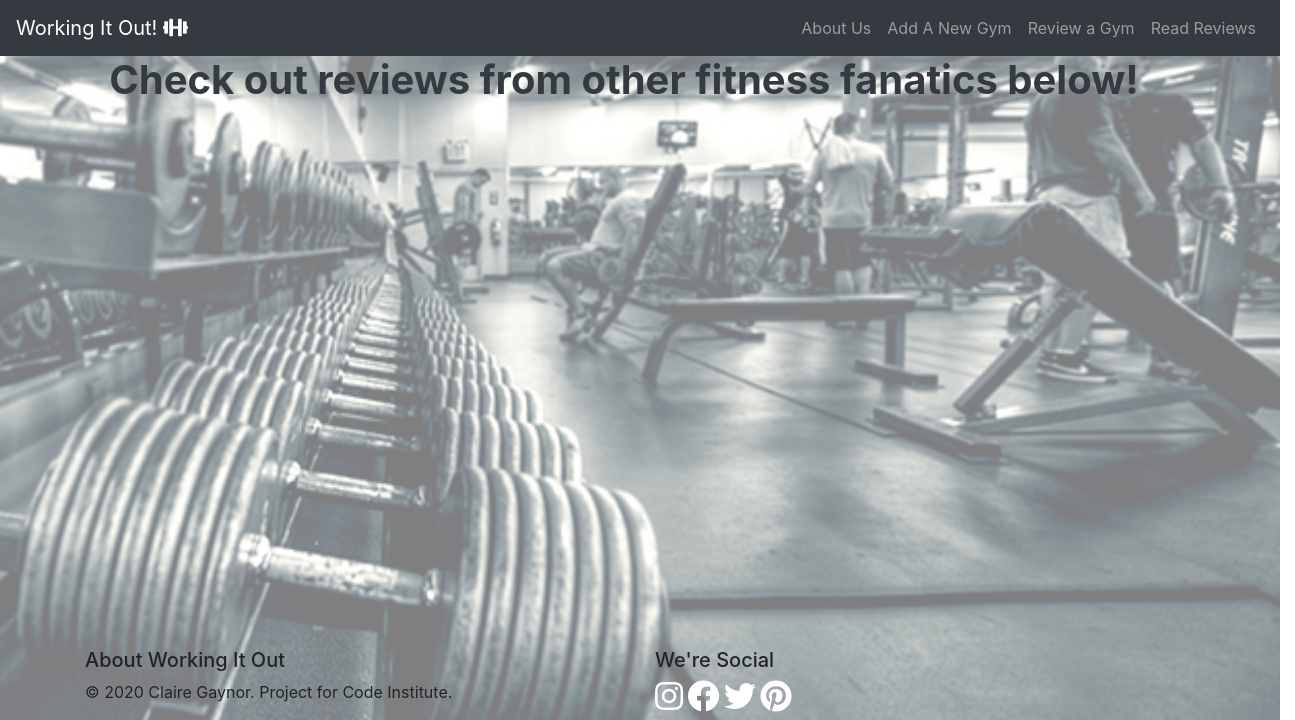
Repository: cgaynor91/Working_It_Out
Page: http://localhost/read_review
The author's editor kept a record of every edit. The page is drawn from the files as they stood at one moment, then again after the next edit.
The browser window is 1280 px wide. The page is 1295 px wide, so the pictures cover 1295 px, including what lies to the right of the window. The pictures show the whole page.
Some web libraries are served in a nearby version. The page is served by the project's application, run on Flask 3 (app.py). Queries for data that is not in the repository find no rows.

Above is the page before.

After the next edit:
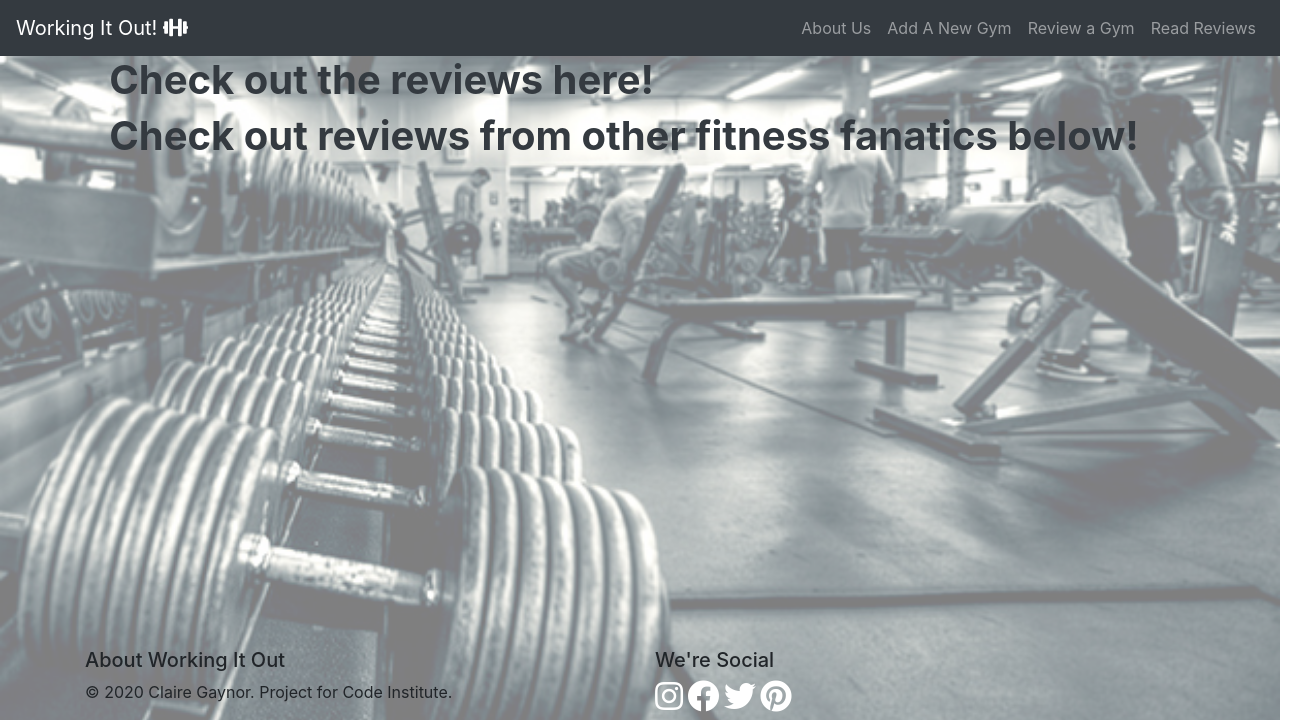
The edit:
--- a/templates/read_reviews.html
+++ b/templates/read_reviews.html
@@ -2,8 +2,10 @@
 {% block content %}
 
 <div class="container-fluid-review">
-
-         <div class="row justify-content-center">
+ <div class="row justify-content-center">
+        <div class="col-10 text-dark welcome-text">
+            <h1><strong>Check out the reviews here!</strong></h1>
+        </div>
         <div class="col-10 text-dark welcome-text">
             <h1><strong>Check out reviews from other fitness fanatics below!</strong></h1>
         </div>
